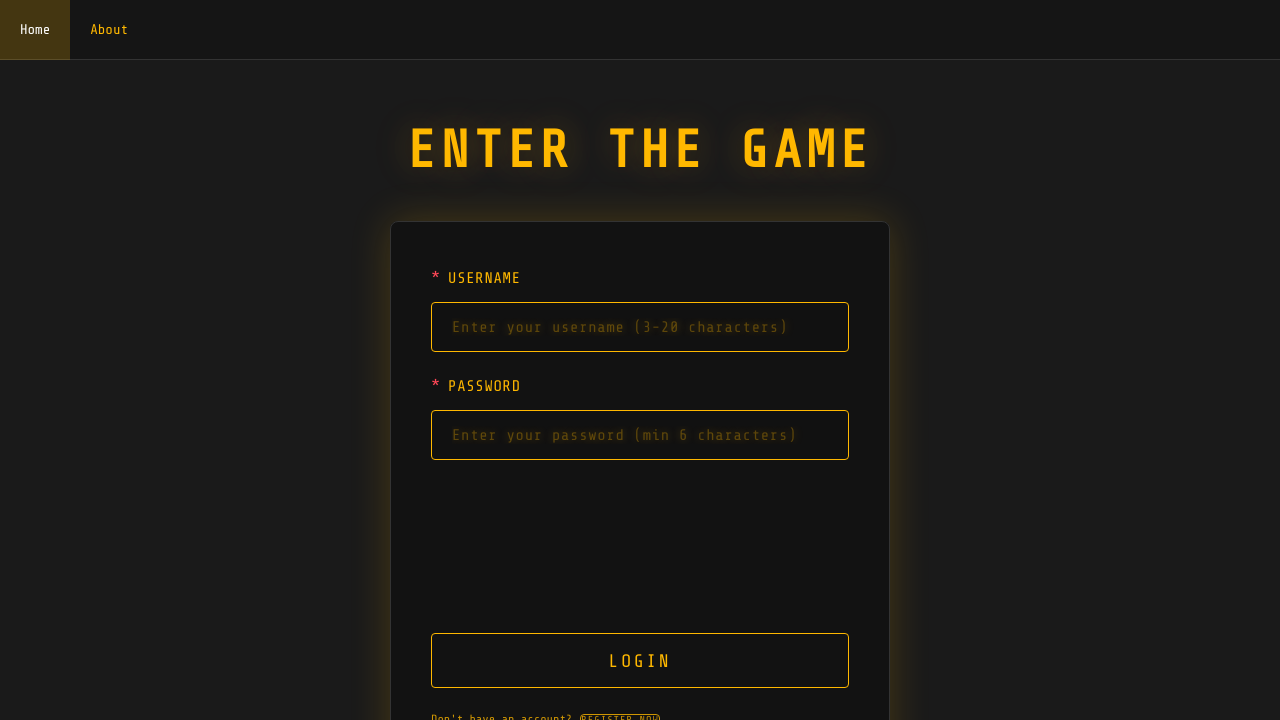
Repository: qqqq121114/se_417
Page: /login (app in client/)
The author's editor kept a copy of each file at every save. The page is drawn from the files as they stood at one save, then again after the next save.
The browser window is 1280 px wide. The pictures show the whole page.
An inner scrolling area shows only its first screen. The project was rebuilt for these pictures with package versions that can differ from the ones it lists, and the page was loaded fresh each time. Also part of the build but not shown: client/vite.config.js, client/src/views/Home.vue.

Above is the page before, as saved 2024-12-08 13:16:33.

After the next save:
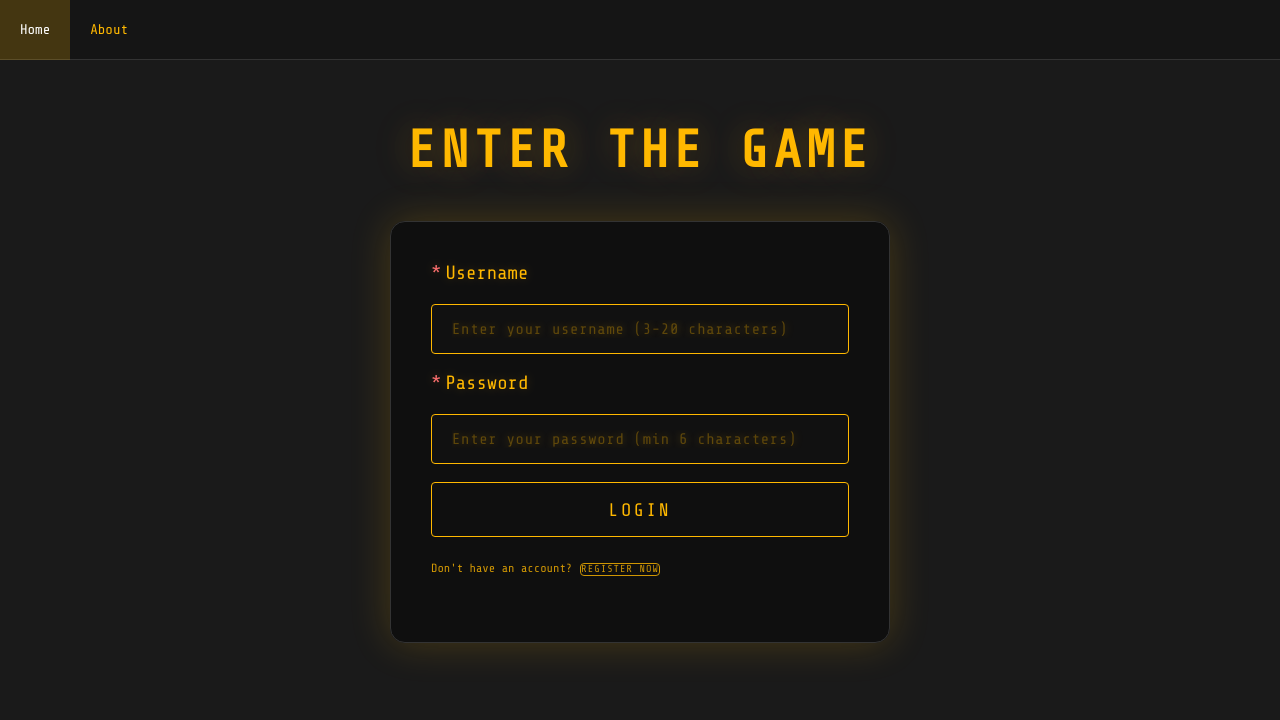
Saved 24 min 2 s later.
--- a/client/src/views/Login.vue
+++ b/client/src/views/Login.vue
@@ -8,24 +8,15 @@
         ref="formRef"
         label-position="top"
         status-icon
-        class="cyber-form"
       >
-        <el-form-item prop="username">
-          <div class="label-container">
-            <span class="required">*</span>
-            <span class="label-text">Username</span>
-          </div>
+        <el-form-item prop="username" label="Username">
           <el-input
             v-model="form.username"
             placeholder="Enter your username (3-20 characters)"
             class="cyber-input"
           ></el-input>
         </el-form-item>
-        <el-form-item prop="password">
-          <div class="label-container">
-            <span class="required">*</span>
-            <span class="label-text">Password</span>
-          </div>
+        <el-form-item prop="password" label="Password">
           <el-input
             v-model="form.password"
             type="password"
@@ -34,8 +25,8 @@
             class="cyber-input"
           ></el-input>
         </el-form-item>
-        <el-form-item class="button-container">
-          <el-button class="cyber-button" type="primary" @click="submitForm">LOGIN</el-button>
+        <el-form-item>
+          <el-button class="cyber-button" type="primary" @click="submitForm">Login</el-button>
           <div class="form-footer">
             <span>Don't have an account?</span>
             <el-button
@@ -128,7 +119,6 @@ const submitForm = async () => {
   align-items: center;
   padding: 40px 20px;
   min-height: calc(100vh - 60px);
-  background-color: #1a1a1a;
 }
 
 .cyber-title {
@@ -143,42 +133,29 @@ const submitForm = async () => {
   user-select: none;
   text-align: center;
   line-height: 1.2;
+  white-space: normal;
+  word-wrap: break-word;
+  padding: 0 20px;
 }
 
 .login-form {
   width: 100%;
   max-width: 500px;
-  background: rgba(18, 18, 18, 0.95);
+  background: rgba(0, 0, 0, 0.4);
   padding: 40px;
-  border-radius: 8px;
+  border-radius: 15px;
   border: 1px solid var(--cyber-border);
   box-shadow: 0 0 30px rgba(255, 184, 0, 0.15);
   backdrop-filter: blur(10px);
   animation: formGlow 4s ease-in-out infinite;
 }
 
-.cyber-form {
-  width: 100%;
-}
-
-.label-container {
-  display: flex;
-  align-items: center;
-  margin-bottom: 8px;
-  font-family: 'Share Tech Mono', monospace;
-}
-
-.required {
-  color: #ff4757;
-  margin-right: 8px;
+:deep(.el-form-item__label) {
+  color: var(--cyber-text) !important;
+  font-family: 'Share Tech Mono', monospace;
   font-size: 1.2em;
-}
-
-.label-text {
-  color: var(--cyber-text);
-  font-size: 1.1em;
-  letter-spacing: 0.05em;
-  text-transform: uppercase;
+  padding-bottom: 12px;
+  text-shadow: 0 0 10px var(--cyber-glow);
 }
 
 :deep(.el-input__wrapper) {
